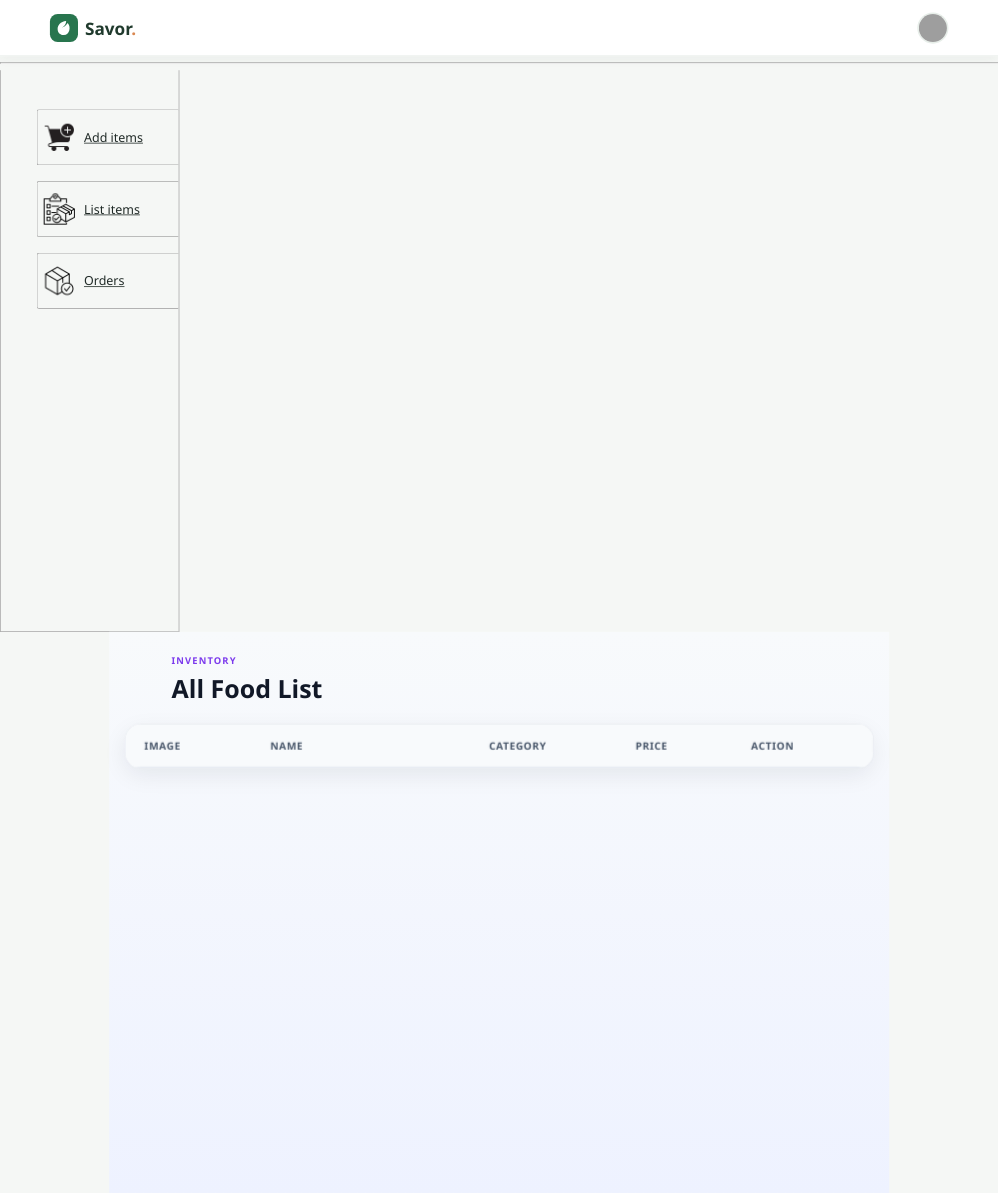
Repository: prince44991/Ecommerce-Project-Full-Stack
Page: /Listitem (app in admin/my-react-app/)
An editor plug-in stored every save of this project. The page is shown before and after the next save, followed by the edit.
The browser window is 1280 px wide. The pictures show the whole page, at 78% of full size.
Pictures or frames that could not be fetched are drawn as grey boxes. The page's requests for data from a server got no answer. The project was rebuilt for these pictures with package versions that can differ from the ones it lists, and the page was loaded fresh each time. No one was signed in, and anything a server would have sent is missing. Also part of the build but not shown: admin/my-react-app/vite.config.js, admin/my-react-app/src/pages/Add/Add.css, admin/my-react-app/src/pages/Add/Add.jsx, admin/my-react-app/src/pages/Order/Order.jsx.

Above is the page before, as saved 2026-09-30 16:13:29.

After the next save:
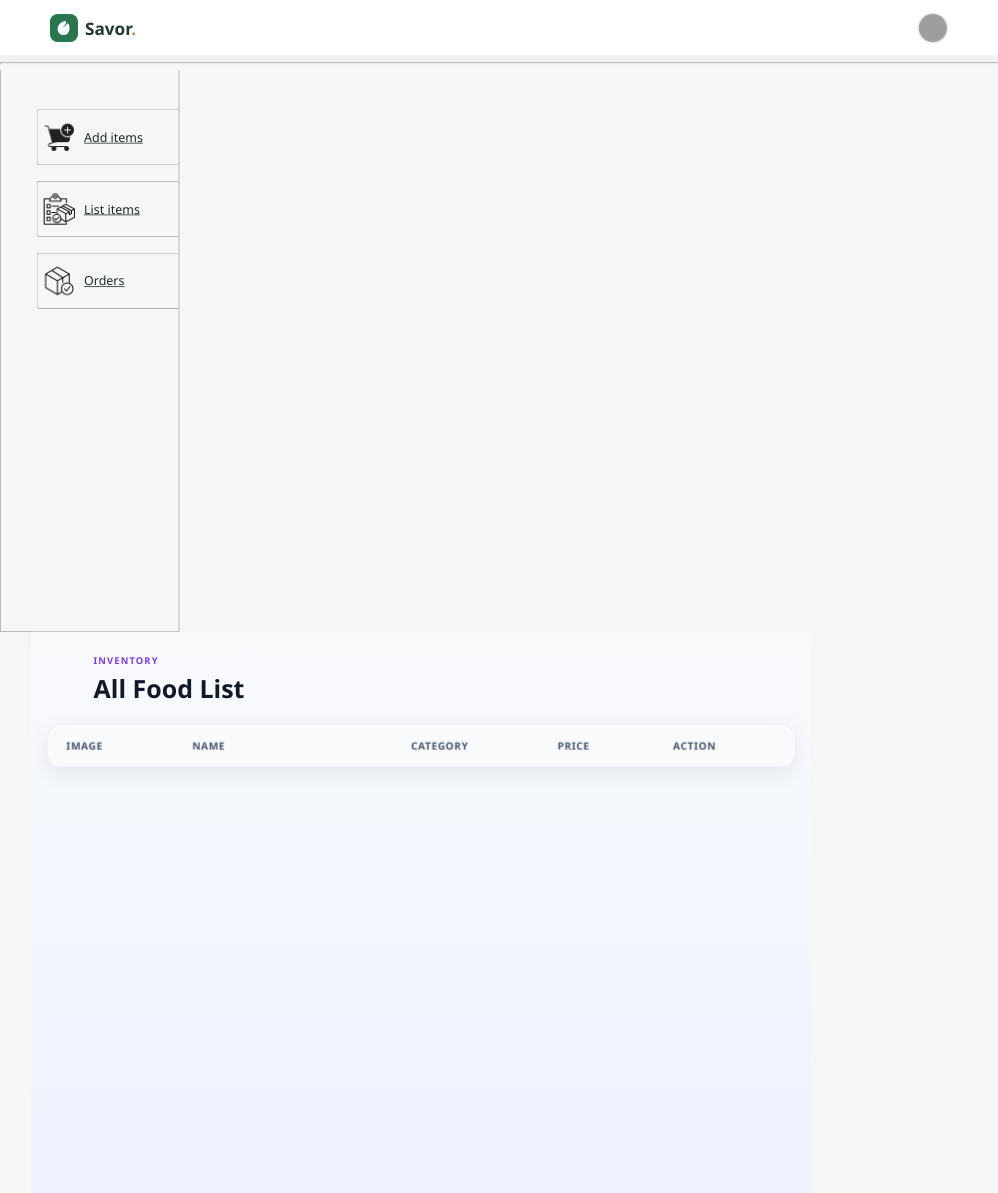
Saved 19 s later.
--- a/admin/my-react-app/src/pages/List/List.css
+++ b/admin/my-react-app/src/pages/List/List.css
@@ -5,6 +5,7 @@
   background: linear-gradient(180deg, #f8fafc 0%, #eef2ff 100%);
   min-height: 100vh;
   font-family: 'Segoe UI', Tahoma, Geneva, Verdana, sans-serif;
+  margin-left: 40px;
 }
 
 .list-header {
